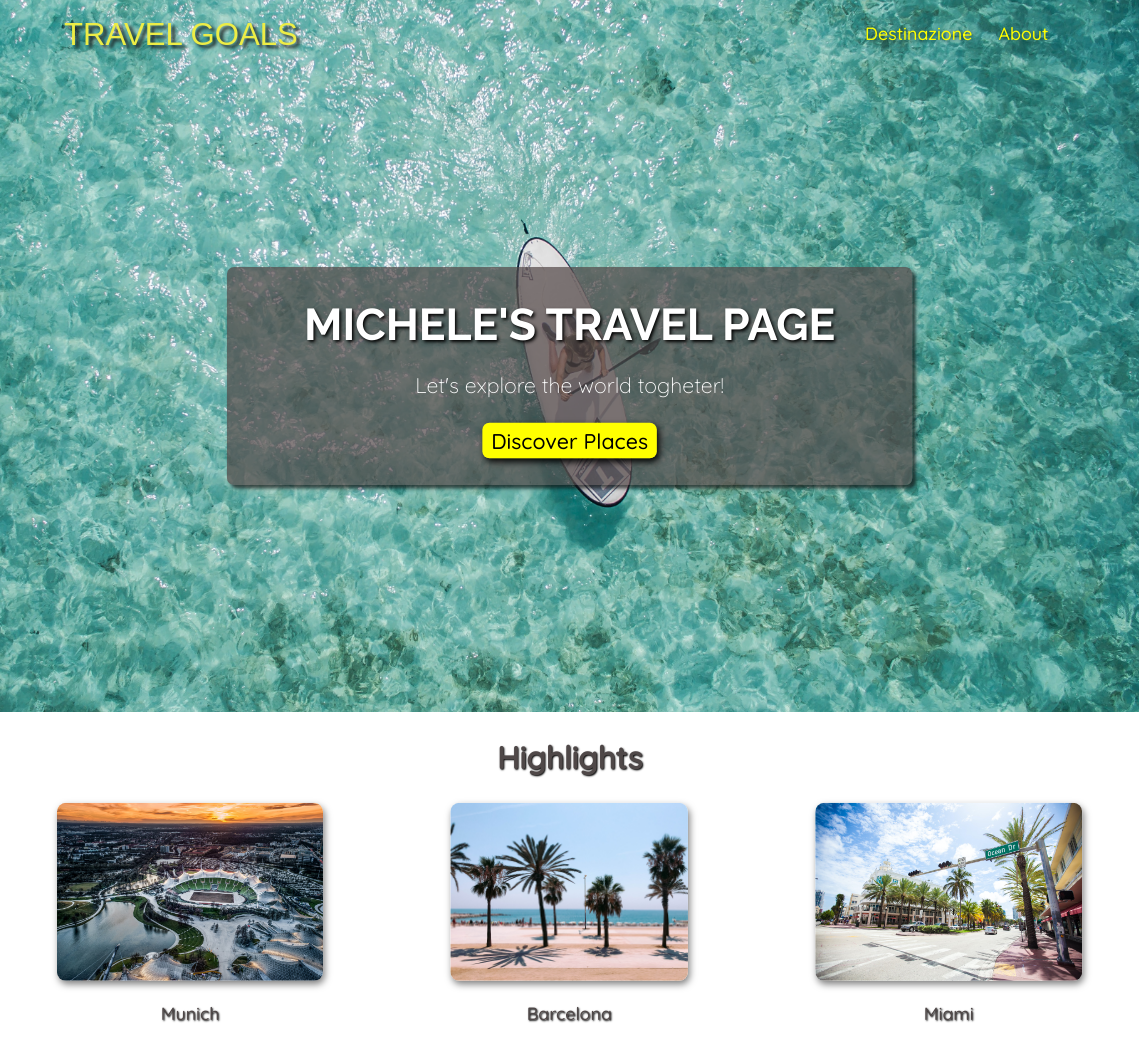
Repository: MicTomm/Travel-Goals
Page: index.html
The author's editor kept a copy of each file at every save. The page is drawn from the files as they stood at one save, then again after the next save.
The browser window is 1280 px wide. The pictures show the whole page, at 89% of full size.
Some web fonts or font styles are not loaded; a fallback is used.

Above is the page before, as saved 2023-06-05 16:22:07.

After the next save:
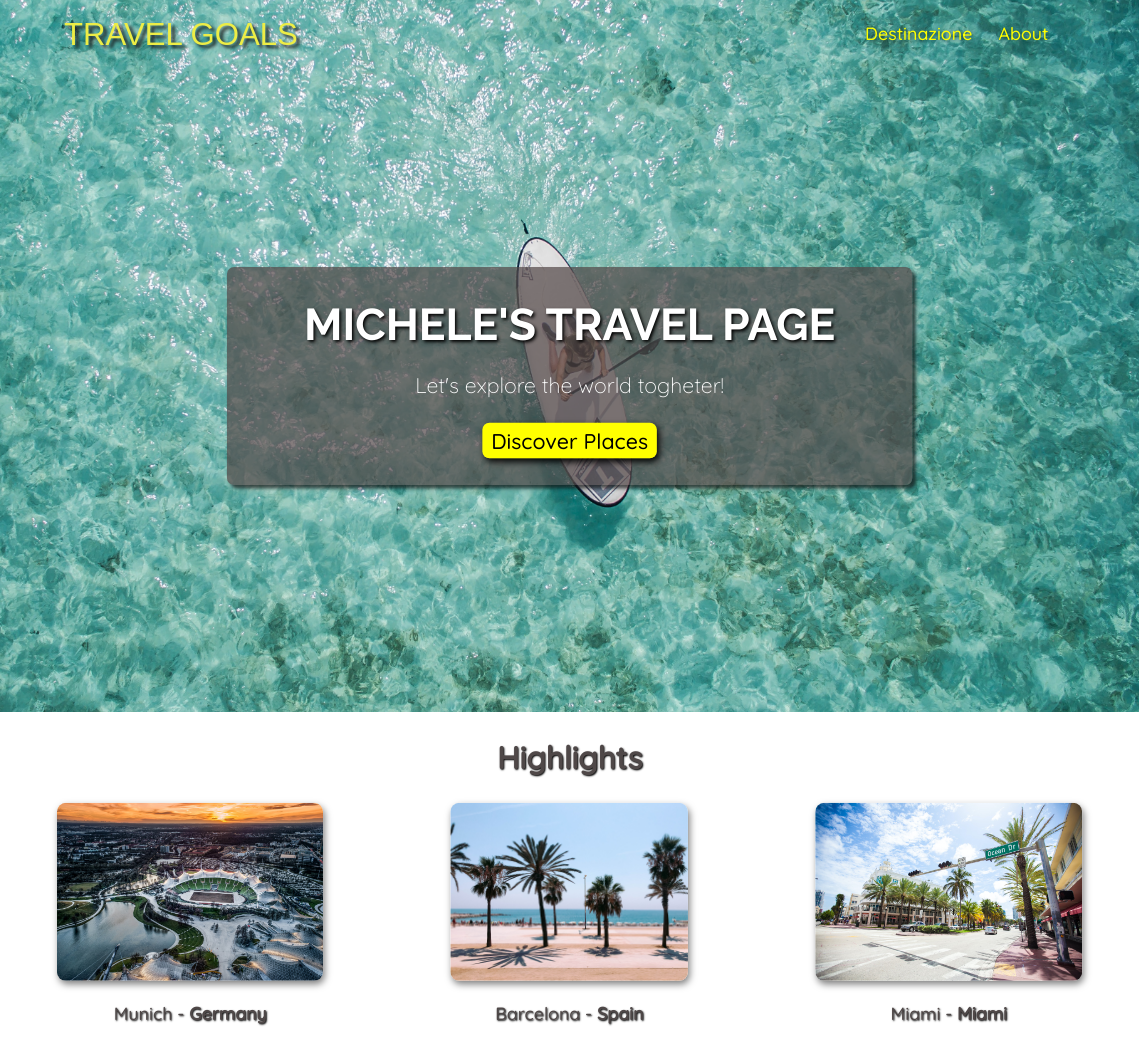
Saved 2 min 13 s later.
--- a/index.html
+++ b/index.html
@@ -35,15 +35,15 @@
             <ul id="destinations">
                 <li class="destination">
                     <img src="/images/places/munich.jpg" alt="Munich">
-                    <p>Munich</p>
+                    <p>Munich - <strong>Germany</strong></p>
                 </li>
                 <li class="destination">
                     <img src="/images/places/barcelona.jpg" alt="Barcelona">
-                    <p>Barcelona</p>
+                    <p>Barcelona - <strong>Spain</strong></p>
                 </li>
                 <li class="destination">
                     <img src="images/places/miami.jpg" alt="Miami">
-                    <p>Miami</p>
+                    <p>Miami - <strong>Miami</strong></p>
                 </li>
             </ul>
 
